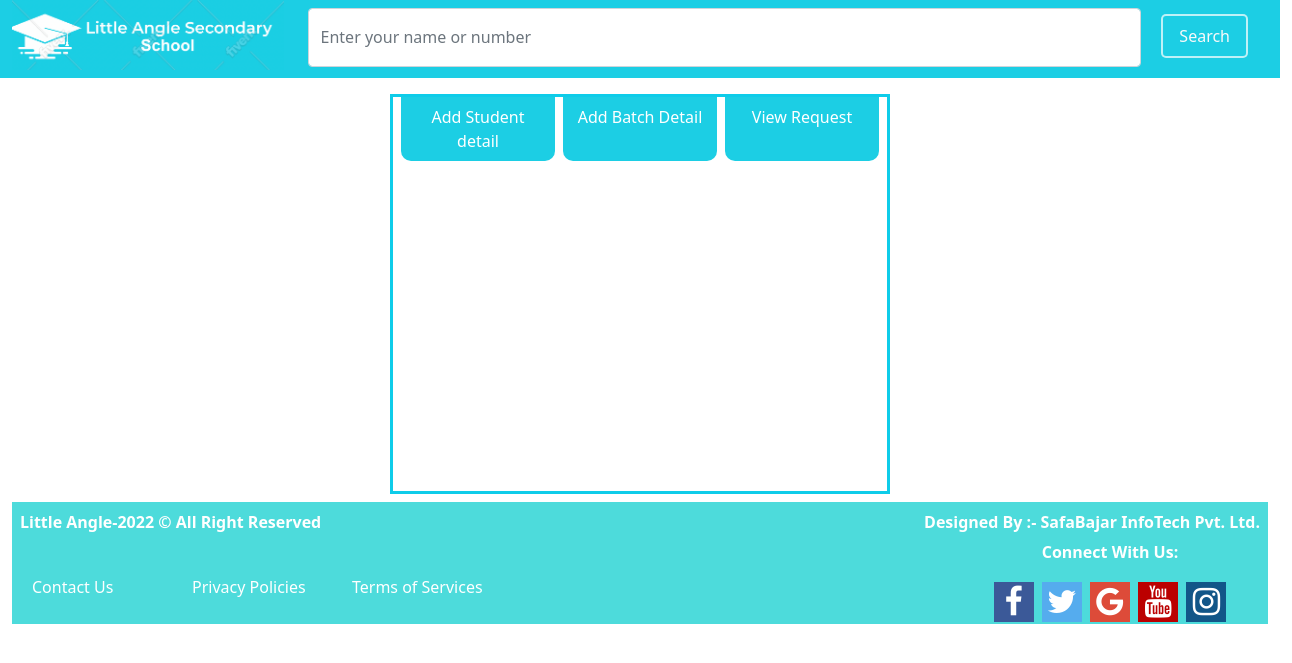
Repository: Sjuicyy/School-Project
Page: home2.html
An editor plug-in stored every save of this project. The page is shown before and after the next save, followed by the edit.
The browser window is 1280 px wide. The page is 1280 px wide, then 1292 px, so the pictures cover 1292 px, including what lies to the right of the window. The pictures show the whole page.

Above is the page before, as saved 2022-09-18 14:34:03.

### home2.html
<!doctype html>
<html lang="en">

<head>
    <!-- Required meta tags -->
    <meta charset="utf-8">
    <meta name="viewport" content="width=device-width, initial-scale=1">

    <!-- Bootstrap CSS -->
    <link href="https://cdn.jsdelivr.net/npm/bootstrap@5.0.2/dist/css/bootstrap.min.css" rel="stylesheet"
        integrity="sha384-EVSTQN3/azprG1Anm3QDgpJLIm9Nao0Yz1ztcQTwFspd3yD65VohhpuuCOmLASjC" crossorigin="anonymous">

    <link rel="stylesheet" href="https://cdnjs.cloudflare.com/ajax/libs/font-awesome/4.7.0/css/font-awesome.min.css">


    <style>
        .row0 div {
            width: auto;
            display: flex;
        }

        .img {
            height: 70px;
            width: 100%;
        }


        .btn1:hover {
            background-color: rgb(38, 178, 196);
        }


        .modalfloat {
            border: 3px solid rgb(14, 204, 233);
            margin: auto;
            width: 500px;
            min-height: 400px;
        }

        .addbtn:hover {
            background-color: rgba(20, 192, 219, 0.576);
        }
        .footer {
            background-color: rgb(77, 219, 219);
            color: rgb(255, 255, 255);
        }
        .footer::-webkit-scrollbar {
            display: none;
        }
        .fb {

            width: 160px
        }

        .fa {
            font-size: xx-large;
            padding: 4px;
            margin: 2px;
            width: 40px;
            text-decoration: none;
        }

        .fa-facebook {
            background: #3B5998;
            color: white;
        }

        .fa-twitter {
            background: #55ACEE;
            color: white;
        }

        .fa-google {
            background: #dd4b39;
            color: white;
        }

        .fa-youtube {
            background: #bb0000;
            color: white;
        }

        .fa-instagram {
            background: #125688;
            color: white;
        }

        .bd {
            border: 1px solid rgb(14, 204, 233);
        }

        .color {
            background-color: rgb(28, 206, 228);
        }

        .btn1 {
            margin: 20px;
            margin-top: 14px;
            border: 2px solid rgba(255, 255, 255, 0.715);
            border-radius: 5px;
        }

        a {
            text-decoration: none;
            color: white;
        }

        a:hover {
            color: rgb(10, 15, 57);
        }

        .action_border {
            border-bottom-right-radius: 10px;
            border-bottom-left-radius: 10px;
        }
        .action_border1 {
            border-top-right-radius: 10px;
            border-top-left-radius: 10px;
        }

        [id^=modal] {
            display: none;
        }

        #modal1:target {
            display: block;
        }

        #modal2:target {
            display: block;
        }
    </style>
    <title>Little Angle School</title>
</head>

<body>
    <!-- heading start -->
    <div class="container-fluid text-center">
        <div class="row row0 color">
            <div class="col-3">
                <a href="pages.html">
                    <img class="img" src="/school.png" alt="">
                </a>
            </div>
            <div class="col">
                <input class="form-control mt-2 h-75 " type="search" placeholder="Enter your name or number "
                    aria-label="Search">
                <button class="btn1 color  text-light px-3 p-2" type="submit">Search</button>
                </form>
            </div>
        </div>

        <!-- heading end -->

        <!-- modal body start -->

        <!-- action start  -->

        <form class="modalfloat mt-3">
            <div class="row mx-1 ">
                <div class="col p-2 mx-1 text-light color action_border"><a href="#modal1">Add Student detail</a></div>
                <div class="col p-2 mx-1 text-light color action_border"><a href="#modal2">Add Batch Detail</a></div>
                <div class="col p-2 mx-1 text-light color action_border"><a href="">View Request</a></div>
            </div>




            <!-- action end  -->


            <!-- modal 1 start  -->


            <div id="modal1">
                <div class="m-3">
                    <div>
                        <p class="h2 p-1 text-light color action_border1">Add Student name</p>
                    </div>
                    <div>
                        <label for="name" class="form-label float-start">ID</label>
                        <input type="number" class="form-control" name="Id" id="id">
                    </div>
                    <div class="col-12">
                        <label for="name" class="form-label float-start">Full Name</label>
                        <input type="text" class="form-control" id="name">
                    </div>
                    <div class="col-md-12">
                        <label for="class" class="form-label float-start">Class</label>
                        <input type="number" class="form-control" id="class">
                    </div>
                    <div class="col-md-12">
                        <label for="email" class="form-label float-start">Email</label>
                        <input type="email" class="form-control" id="email">
                    </div>
                    <div class="col-12">
                        <label for="gname" class="form-label float-start">Guardian Name</label>
                        <input type="text" class="form-control" id="guardianname">
                    </div>
                    <div class="col-12">
                        <label for="address" class="form-label float-start">Address</label>
                        <input type="text" class="form-control" id="inputAddress" placeholder="Lagankhel-5, Lalitpur">
                    </div>
                    <div class="col-1 mt-4">
                        <input type="file" id="photo" name="photo" accept="image/*">
                    </div>
                    <div class="col-md-6 mt-3">
                        <label for="dob" class="form-label float-start">Date of Birth</label>
                        <input type="date" class="form-control" id="dob">
                    </div>

                    <div class="col-12">
                        <div class="form-check">
                            <button type="submit" class="btn btn-primary col-12 mt-3 color addbtn p-2">Add</button>
                        </div>
                    </div>
                </div>
            </div>




            <!-- modal 1 end  -->



            <!-- modal2 start -->


            <div id="modal2">
                <div class="m-3">

                    <div>
                        <p class="h2 p-1 text-light color action_border1">Add Batch Detail</p>

                    </div>
                    <div class="col-12 ">
                        <label for="name" class="form-label float-start">ID</label>
                        <input type="number" class="form-control" id="id" placeholder="">
                    </div>
                    <div class="col-md-12">
                        <label for="name" class="form-label float-start">Full Name</label>
                        <input type="text" class="form-control" id="name">
                    </div>
                    <div class="col-md-12">
                        <label for="email" class="form-label float-start">Email</label>
                        <input type="email" class="form-control" id="email">
                    </div>
                    <div class="col-12">
                        <label for="gname" class="form-label float-start">Passed Year</label>
                        <input type="text" class="form-control" id="guardianname">
                    </div>
                    <div class="col-12">
                        <div class="form-check">
                            <button type="submit" class="btn btn-primary col-12 mt-3 color addbtn p-2">Add</button>
                        </div>
                    </div>
                </div>
            </div>


            <!-- modal 2 end -->

        </form>






        <!-- footer start -->


        <div class="footer mt-2 w-100">
            <div class="row ">
                <div class="col mx-2 mt-2" style="text-align:left"> <b>Little Angle-2022 © All Right Reserved</b> </div>
                <div class="col mx-2 mt-2" style="text-align:right">
                    <p> <b>Designed By :- SafaBajar InfoTech Pvt. Ltd.</b> </p>
                </div>
            </div>
            <div class="row mx-2">
                <div class="col-2  fb" style="text-align:left;margin-top:25px">Contact Us</div>
                <div class="col-2  fb" style="text-align:left;margin-top:25px">Privacy Policies</div>
                <div class="col-2  fb" style="text-align:left;margin-top:25px">Terms of Services</div>
                <div class="col  fb" style="text-align:left"></div>
                <div class="col-6 fb" style="text-align:center;width:300px">
                    <p style="margin-top: -10px;"> <b>Connect With Us:</b> </p>
                    <a href="https:/.facebook.com/search/top?q=safabazar%20private%20limited" class="fa fa-facebook"
                        style="text-align:center;margin-top:-10px"></a>
                    <a href="#" class="fa fa-twitter"></a>
                    <a href="#" class="fa fa-google"></a>
                    <a href="#" class="fa fa-youtube"></a>
                    <a href="#" class="fa fa-instagram"></a>
                </div>
            </div>

        </div>

    </div>

    </div>












    <!-- Optional JavaScript; choose one of the two! -->

    <!-- Option 1: Bootstrap Bundle with Popper -->
    <script src="https://cdn.jsdelivr.net/npm/bootstrap@5.0.2/dist/js/bootstrap.bundle.min.js"
        integrity="sha384-MrcW6ZMFYlzcLA8Nl+NtUVF0sA7MsXsP1UyJoMp4YLEuNSfAP+JcXn/tWtIaxVXM"
        crossorigin="anonymous"></script>

    <!-- Option 2: Separate Popper and Bootstrap JS -->
    <!--
    <script src="https://cdn.jsdelivr.net/npm/@popperjs/core@2.9.2/dist/umd/popper.min.js" integrity="sha384-IQsoLXl5PILFhosVNubq5LC7Qb9DXgDA9i+tQ8Zj3iwWAwPtgFTxbJ8NT4GN1R8p" crossorigin="anonymous"></script>
    <script src="https://cdn.jsdelivr.net/npm/bootstrap@5.0.2/dist/js/bootstrap.min.js" integrity="sha384-cVKIPhGWiC2Al4u+LWgxfKTRIcfu0JTxR+EQDz/bgldoEyl4H0zUF0QKbrJ0EcQF" crossorigin="anonymous"></script>
    -->
</body>

</html>

After the next save:
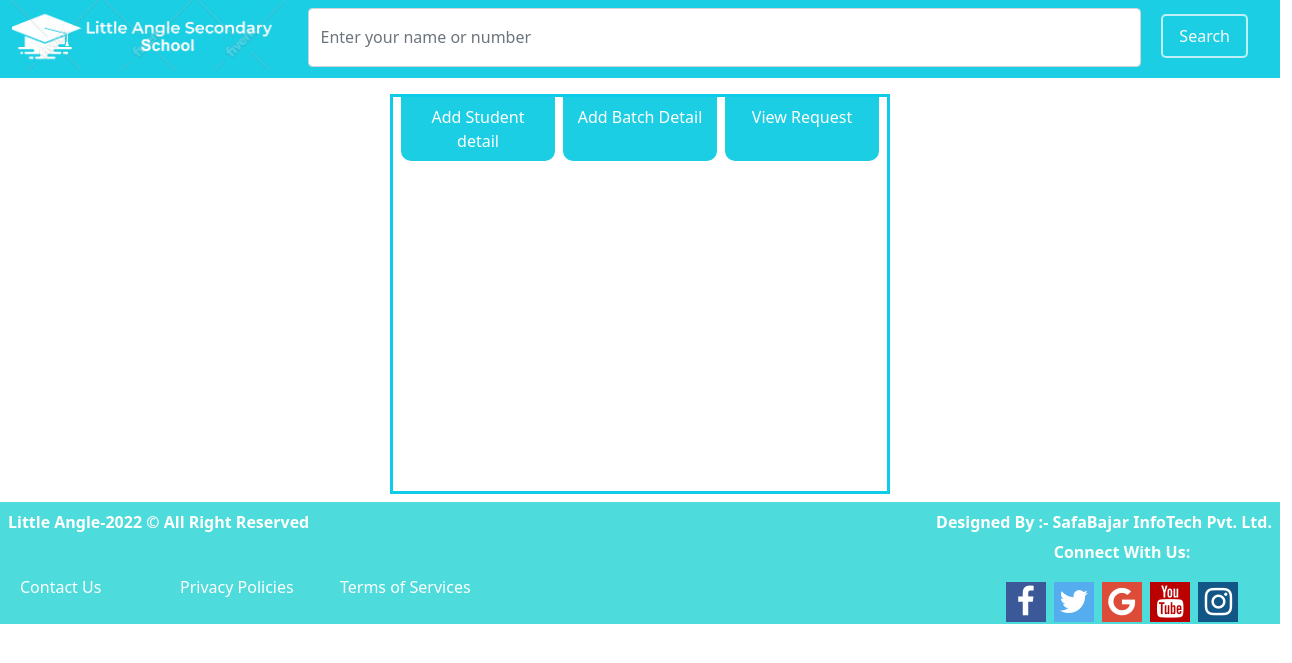
Saved 12 s later.
--- a/home2.html
+++ b/home2.html
@@ -271,29 +271,29 @@
         <!-- footer start -->
 
 
-        <div class="footer mt-2 w-100">
-            <div class="row ">
-                <div class="col mx-2 mt-2" style="text-align:left"> <b>Little Angle-2022 © All Right Reserved</b> </div>
-                <div class="col mx-2 mt-2" style="text-align:right">
-                    <p> <b>Designed By :- SafaBajar InfoTech Pvt. Ltd.</b> </p>
-                </div>
-            </div>
-            <div class="row mx-2">
-                <div class="col-2  fb" style="text-align:left;margin-top:25px">Contact Us</div>
-                <div class="col-2  fb" style="text-align:left;margin-top:25px">Privacy Policies</div>
-                <div class="col-2  fb" style="text-align:left;margin-top:25px">Terms of Services</div>
-                <div class="col  fb" style="text-align:left"></div>
-                <div class="col-6 fb" style="text-align:center;width:300px">
-                    <p style="margin-top: -10px;"> <b>Connect With Us:</b> </p>
-                    <a href="https:/.facebook.com/search/top?q=safabazar%20private%20limited" class="fa fa-facebook"
-                        style="text-align:center;margin-top:-10px"></a>
-                    <a href="#" class="fa fa-twitter"></a>
-                    <a href="#" class="fa fa-google"></a>
-                    <a href="#" class="fa fa-youtube"></a>
-                    <a href="#" class="fa fa-instagram"></a>
-                </div>
-            </div>
-
+
+    </div>
+    <div class="footer mt-2 w-100">
+        <div class="row ">
+            <div class="col mx-2 mt-2" style="text-align:left"> <b>Little Angle-2022 © All Right Reserved</b> </div>
+            <div class="col mx-2 mt-2" style="text-align:right">
+                <p> <b>Designed By :- SafaBajar InfoTech Pvt. Ltd.</b> </p>
+            </div>
+        </div>
+        <div class="row mx-2">
+            <div class="col-2  fb" style="text-align:left;margin-top:25px">Contact Us</div>
+            <div class="col-2  fb" style="text-align:left;margin-top:25px">Privacy Policies</div>
+            <div class="col-2  fb" style="text-align:left;margin-top:25px">Terms of Services</div>
+            <div class="col  fb" style="text-align:left"></div>
+            <div class="col-6 fb" style="text-align:center;width:300px">
+                <p style="margin-top: -10px;"> <b>Connect With Us:</b> </p>
+                <a href="https:/.facebook.com/search/top?q=safabazar%20private%20limited" class="fa fa-facebook"
+                    style="text-align:center;margin-top:-10px"></a>
+                <a href="#" class="fa fa-twitter"></a>
+                <a href="#" class="fa fa-google"></a>
+                <a href="#" class="fa fa-youtube"></a>
+                <a href="#" class="fa fa-instagram"></a>
+            </div>
         </div>
 
     </div>
